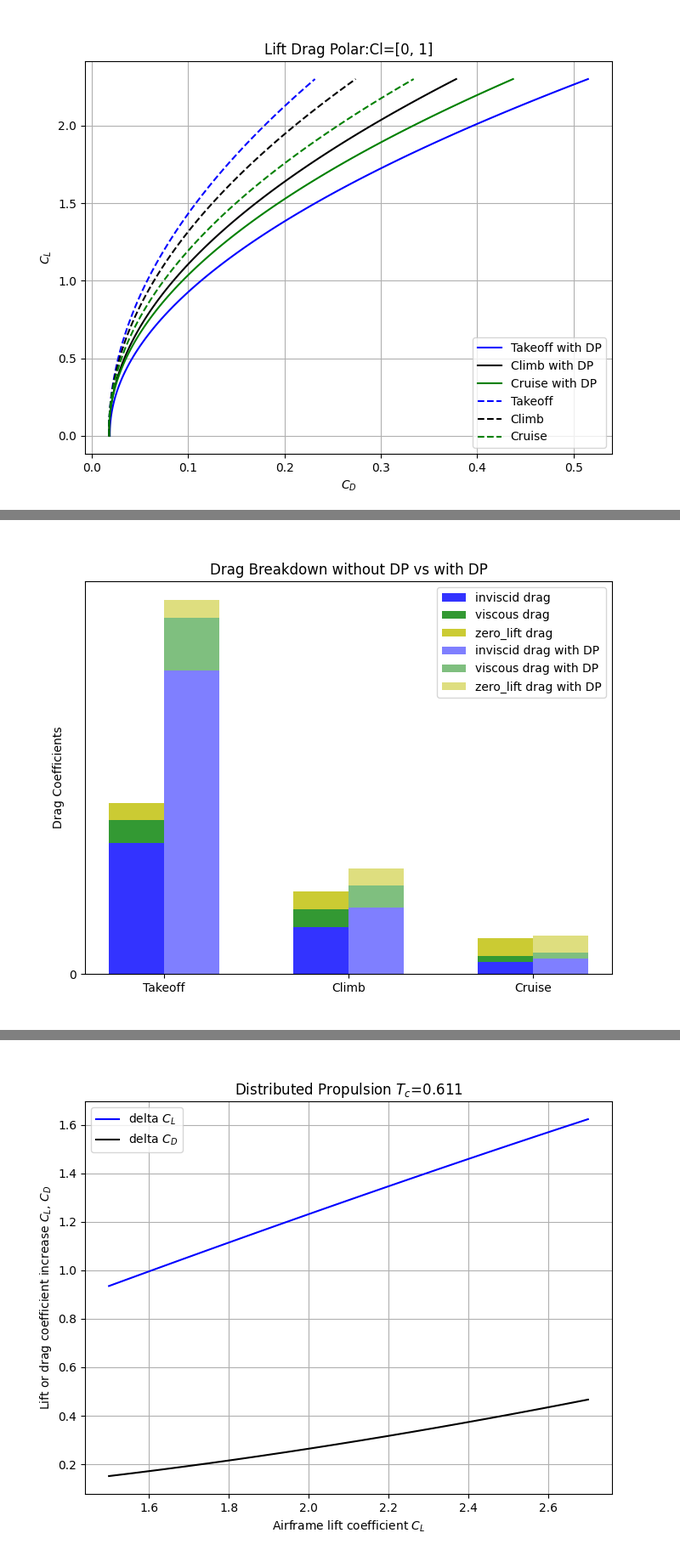
Repository: 12libao/DEA
Script's output: python Sizing_Method/Aerodynamics/Aeropropulsive_Interaction_Model.py
The author's editor kept a copy of each file at every save. The script's output is drawn from the files as they stood at one save, then again after the next save.
The pictures are shown at 85% of full size.
Each picture stacks the figures in order, with grey between them; figures that are only written to a file come last. Random numbers start from a fixed seed.

Above is the script's output before, as saved 2021-07-14 15:36:58.

### Sizing_Method/Aerodynamics/Aeropropulsive_Interaction_Model.py
# author: Bao Li #
# Georgia Institute of Technology #
"""
Reference:

1. De Vries, Reynard, Malcom Brown, and Roelof Vos. "Preliminary sizing method for hybrid-electric
    distributed-propulsion aircraft." Journal of Aircraft 56.6 (2019): 2172-2188.
2. Patterson, M. D., and German, B. J., “Simplified Aerodynamics Models to Predict the Effects of
    Upstream Propellers on Wing Lift,” 53rd AIAA Aerospace Sciences Meeting, Kissimmee, FL, USA, January 5-9 2015.


A series of delta terms (ΔCL, ΔCD0 , ΔCDi) must be estimated in order to incorporate the
aero propulsive interaction effects in the design process. This section proposes a method to estimate
these terms for distributed propellers mounted ahead of the wing leading edge.


The method is based on the approach of Patterson and German (reference 2). It represents the propellers
as actuator disks and the wing as a flat plate, incorporating a semi-empirical correction for finite slipstream height.
The model includes several assumptions worth highlighting:

1. The velocity increase at the actuator disk is computed assuming uniform axial inflow.
2. Variations in lift due to swirl are neglected (actuator disk assumption).
3. The flow over the wing is attached.
4. The airfoil is symmetric, and thus zero lift is produced at a = 0.
5. The effect of each propeller on the adjacent ones is neglected.
6. The effect of the propellers on the wing is limited to the span wise interval occupied by the disks (ΔY/b).
7. Within this span wise interval, the effect on the wing is considered uniform in span wise direction.
8. The wing is supposed to be fully immersed in the slipstream, that is,
half of the slipstream flows under the wing and half over the wing.
9. incompressible flow condition.

"""
import sys
import os

sys.path.insert(0, os.getcwd())

import numpy as np
import matplotlib.pylab as plt
import Sizing_Method.Other.US_Standard_Atmosphere_1976 as atm
import Sizing_Method.Aerodynamics.MachNmuber as Mach
import Sizing_Method.Aerodynamics.LiftDragPolar_Conv as ad


class Aero_propulsion:
    """Estimation of ΔCL and ΔCD"""

    def __init__(self, altitude, velocity, Hp, n, P_W, W_S, sweep_angle=25.0,
                 S=124.0, b=35.8, delta_b=0.5, delta_Dp=0.1, xp=0.5, beta=0.8, AOA_p=0.0, Cf=0.009):
        """

        :param Hp: P_motor/P_total
        :param n: number of motor
        :param P_W:
        :param W_S:
        :param S: wing area
        :param b: wingspan
        :param delta_b:
        :param delta_Dp:
        :param xp:
        :param beta: slipstream correction factor:0-1
        :param CL: lift coefficient
        :param AOA_p: propeller angle of attack
        :param Cf: skin friction coefficient

        :output: 1. delta_CD_0: zero lift drag coefficient changes because of the population distribution
                 2. delta_CL: lift coefficient changes because of the population distribution
        """

        self.h = altitude
        self.v = velocity
        self.n = n
        self.s = S
        self.delta_y1 = delta_b
        self.delta_y2 = delta_Dp
        self.beta = beta
        self.sp = sweep_angle * np.pi / 180
        self.aoa_p = AOA_p
        self.cf = Cf

        self.ar = b ** 2 / self.s  # aspect ratio

        # the diameter of the propulsion, reference 1: Equation 21
        dp = self.delta_y1 * b / (self.n * (1 + self.delta_y2))

        # defining a parameter that indicates how much propulsion-disk
        # area is needed per unit of aircraft weight
        # reference 1: Equation 22
        dp2w = self.delta_y1 ** 2 / (self.n * (1 + self.delta_y2)) ** 2 * self.ar / W_S

        self.rho = atm.atmosphere(geometric_altitude=self.h).density()
        self.t_w = P_W / self.v

        # thrust coefficient Tc of the DP propulsion
        # reference 1: Equation 24
        tc = 1 / self.n * Hp * self.t_w / (self.rho * self.v ** 2 * dp2w)

        # Actuator disk theory shows that there is a maximum theoretical propulsive efficiency
        # for a given thrust coefficient
        ndp_isolated = 0.76
        tc_max = np.pi / 8 * ((2 / ndp_isolated - 1) ** 2 - 1)

        if tc >= tc_max:
            tc = tc_max

        print(tc)

        # tc = 0.611  # check whether the model is accurate

        # axial induction factor at the propeller disk (ap) as a
        # function of the propeller thrust coefficient, from the actuator disk theory:
        # reference 1: Equation 25
        ap = 0.5 * ((1 + 8 / np.pi * tc) ** 0.5 - 1)

        # the contraction ratio of the slipstream at the wing
        # leading edge (Rw/RP) can be expressed as
        # reference 1: Equation 26
        rw_rp = ((1 + ap) / (
                1 + ap * (1 + 2 * xp / dp) / ((2 * xp / dp) ** 2 + 1) ** 0.5)) ** 0.5

        # from conservation of mass in incompressible flow: axial induction factor
        self.aw = (ap + 1) / rw_rp ** 2 - 1

        self.m = Mach.mach(self.h, self.v).mach_number()  # Mach number
        # geometric angle of attack of the wing, where assume cl=1 self.aoa_w = (1 / (2 * np.pi * self.ar)) * (2 + (
        # self.ar ** 2 * (1 - self.m ** 2) * (1 + (np.tan(self.sp)) ** 2 / (1 - self.m ** 2)) + 4) ** 0.5)

        # self.aoa_w = -2 * np.pi / 180  # check whether the model is accurate

    def delta_lift_coefficient(self, CL):
        """estimate the lift coefficient changes because of the population distribution"""
        self.aoa_w = (CL / (2 * np.pi * self.ar)) * (2 + (
                self.ar ** 2 * (1 - self.m ** 2) * (1 + (np.tan(self.sp)) ** 2 / (1 - self.m ** 2)) + 4) ** 0.5)

        delta_cl = 2 * np.pi * ((np.sin(self.aoa_w) - self.aw * self.beta * np.sin(self.aoa_p - self.aoa_w))
                                * ((self.aw * self.beta) ** 2 + 2 * self.aw * self.beta * np.cos(self.aoa_p) + 1) ** 0.5
                                - np.sin(self.aoa_w))
        delta_cl_total = delta_cl * self.delta_y1
        return delta_cl_total

    def delta_CD_0(self):
        """estimate the zero lift drag coefficient changes because of the population distribution"""

        delta_cd0 = self.delta_y1 * self.aw ** 2 * self.cf
        return delta_cd0

    def delta_lift_induced_drag_coefficient(self, CL):
        """estimate the lift induced drag coefficient changes because of the population distribution"""

        e = (0.75 + 0.85) / 2  # wing planform efficiency factor is between 0.75 and 0.85, no more than 1
        delta_cl = Aero_propulsion.delta_lift_coefficient(self)
        delta_cdi = (delta_cl ** 2 + 2 * CL * delta_cl) / (np.pi * self.ar * e)

        return delta_cdi

    def lift_drag_polar_equation(self, CL):
        K1 = ad.lift_drag_polar(velocity=self.v, altitude=self.h).K1()
        K2 = ad.lift_drag_polar(velocity=self.v, altitude=self.h).K2()
        CD_0 = ad.lift_drag_polar(velocity=self.v, altitude=self.h).CD_0()
        K_apo1 = ad.lift_drag_polar(velocity=self.v, altitude=self.h).K_apo1()
        K_apo2 = ad.lift_drag_polar(velocity=self.v, altitude=self.h).K_apo2()

        CL_min = (0.1 + 0.3) / 2  # Assume constant: for most large cargo and passenger, 0.1 < Cl_min < 0.3
        delta_cl = Aero_propulsion.delta_lift_coefficient(self, CL)
        delta_cd0 = Aero_propulsion.delta_CD_0(self)
        CD = K1 * (CL + delta_cl) ** 2 + K2 * (CL + delta_cl) + (CD_0 + delta_cd0)

        inviscid_drag = K_apo1 * (CL + delta_cl) ** 2
        viscous_drag = K_apo2 * (CL + delta_cl) ** 2 - 2 * K_apo2 * CL_min * (
                CL + delta_cl)
        parasite_drag = CD_0 + delta_cd0

        return CD, inviscid_drag, viscous_drag, parasite_drag


if __name__ == '__main__':
    input_list = [[0, 62], [3000, 150], [12000, 250]]
    n = len(input_list)
    velocity, altitude = [], []
    for i, element in enumerate(input_list):
        altitude.append(element[0])
        velocity.append(element[1])

    nn = 100
    CL = np.linspace(0.0, 2.3, nn)
    # CL = np.linspace(0.0, 0.25, nn)

    CD = np.zeros((2 * n, nn))

    for i, element in enumerate(input_list):
        prob = Aero_propulsion(altitude=element[0], velocity=element[1], Hp=0.5, n=12, P_W=0.3 * element[1], W_S=5600)
        prob2 = ad.lift_drag_polar(altitude=element[0], velocity=element[1])
        for j in range(nn):
            CD[i, j], _, _, _ = prob.lift_drag_polar_equation(CL=CL[j])
            CD[i + n, j], _, _, _ = prob2.lift_drag_polar_equation(CL=CL[j])

    plt.figure(figsize=(8, 6))
    plt.plot(CD[0, :], CL, 'b-', linewidth=1.5, label='Takeoff with DP')
    plt.plot(CD[1, :], CL, 'k-', linewidth=1.5, label='Climb with DP')
    plt.plot(CD[2, :], CL, 'g-', linewidth=1.5, label='Cruise with DP')
    plt.plot(CD[3, :], CL, 'b--', linewidth=1.5, label='Takeoff')
    plt.plot(CD[4, :], CL, 'k--', linewidth=1.5, label='Climb')
    plt.plot(CD[5, :], CL, 'g--', linewidth=1.5, label='Cruise')
    plt.xlabel('$C_{D}$')
    plt.ylabel('$C_{L}$')
    plt.title('Lift Drag Polar:Cl=[0, 1]')
    plt.legend(loc=0)
    plt.grid()
    plt.show()

    plt.figure(figsize=(8, 6))
    inviscid_drag, inviscid_drag2 = np.zeros(n), np.zeros(n)
    viscous_drag, viscous_drag2 = np.zeros(n), np.zeros(n)
    parasite_drag, parasite_drag2 = np.zeros(n), np.zeros(n)
    lift_drag, lift_drag2 = np.zeros(n), np.zeros(n)

    ind = np.arange(n)  # the x locations for the groups
    width = 0.3  # the width of the bars: can also be len(x) sequence
    CL_h = [2, 1.2, 0.6]  # takeoff Cl= Cl_max for takeoff
    for i, element in enumerate(input_list):
        prob = Aero_propulsion(altitude=element[0], velocity=element[1], Hp=0.5, n=12, P_W=0.3 * element[1], W_S=5600)
        prob2 = ad.lift_drag_polar(altitude=element[0], velocity=element[1])
        _, inviscid_drag[i], viscous_drag[i], parasite_drag[i] = prob.lift_drag_polar_equation(CL=CL_h[i])
        _, inviscid_drag2[i], viscous_drag2[i], parasite_drag2[i] = prob2.lift_drag_polar_equation(CL=CL_h[i])
        lift_drag[i] = inviscid_drag[i] + viscous_drag[i]
        lift_drag2[i] = inviscid_drag2[i] + viscous_drag2[i]

    p1 = plt.bar(ind - width / 2, inviscid_drag2, width, color='b', alpha=0.8, label='inviscid drag')
    p2 = plt.bar(ind - width / 2, viscous_drag2, width, bottom=inviscid_drag2, color='g', alpha=0.8,
                 label='viscous drag')
    p3 = plt.bar(ind - width / 2, parasite_drag2, width, bottom=lift_drag2, color='y', alpha=0.8,
                 label='zero_lift drag')

    p4 = plt.bar(ind + width / 2, inviscid_drag, width, color='b', alpha=0.5, label='inviscid drag with DP')
    p5 = plt.bar(ind + width / 2, viscous_drag, width, bottom=inviscid_drag, color='g', alpha=0.5,
                 label='viscous drag with DP')
    p6 = plt.bar(ind + width / 2, parasite_drag, width, bottom=lift_drag, color='y', alpha=0.5,
                 label='zero_lift drag with DP')

    plt.ylabel('Drag Coefficients')
    plt.title('Drag Breakdown without DP vs with DP')
    plt.xticks(ind, ('Takeoff', 'Climb', 'Cruise'))
    plt.yticks(np.arange(0, 2, 20))
    plt.legend(loc=0)
    plt.show()

    CL = np.linspace(1.5, 2.7, 20)
    v = 62.0
    h = 0.0

    prob = Aero_propulsion(altitude=h, velocity=v, Hp=0.5, n=12, P_W=0.3 * v, W_S=5600, delta_b=0.64)
    K1 = ad.lift_drag_polar(velocity=v, altitude=h).K1()
    K2 = ad.lift_drag_polar(velocity=v, altitude=h).K2()
    CD_0 = ad.lift_drag_polar(velocity=v, altitude=h).CD_0()

    delta_cd0 = prob.delta_CD_0()

    delta_cl = np.zeros(len(CL))
    delta_cd = np.zeros(len(CL))

    for i in range(len(CL)):
        delta_cl[i] = prob.delta_lift_coefficient(CL=CL[i])
        CD1 = K1 * (CL[i] + delta_cl[i]) ** 2 + K2 * (CL[i] + delta_cl[i]) + (CD_0 + delta_cd0)
        CD2 = K1 * CL[i] ** 2 + K2 * CL[i] + CD_0
        delta_cd[i] = CD1 - CD2 + delta_cd0

    plt.figure(figsize=(8, 6))
    plt.plot(CL, delta_cl, 'b-', linewidth=1.5, label='delta $C_{L}$')
    plt.plot(CL, delta_cd, 'k-', linewidth=1.5, label='delta $C_{D}$')
    plt.xlabel('Airframe lift coefficient $C_{L}$')
    plt.ylabel('Lift or drag coefficient increase $C_{L}$, $C_{D}$')
    plt.title('Distributed Propulsion $T_{c}$=0.611')
    plt.legend(loc=0)
    plt.grid()
    plt.show()

### Sizing_Method/Other/US_Standard_Atmosphere_1976.py
# author: Bao Li #
# Georgia Institute of Technology #
"""Reference:

1: U.S. Standard Atmosphere, 1976, U.S. Government Printing Office, Washington, D.C., 1976.
2: Mattingly, Jack D., William H. Heiser, and David T. Pratt. Aircraft engine design. American Institute of Aeronautics and Astronautics, 2002.
3: https://en.wikipedia.org/wiki/U.S._Standard_Atmosphere
4: https://en.wikipedia.org/wiki/Barometric_formula
"""

import numpy as np
import matplotlib.pylab as plt


class atmosphere:
    """this is the U.S. Standard Atmosphere 1976 based on the Barometric formula

    1: All of the following is limited to geometric altitudes below 86 km
    2: SI Units
    """

    def __init__(self, geometric_altitude):
        """
        :input h (m): geometric altitude

        :output P (Pa = N/m^2): pressure
                T (K): temperature
                rho (kg/m^3): density
                a (m/s): sound speed

                delta: dimensionless static pressure = P/P0
                theta: dimensionless static temperature = T/T0
                sigma: dimensionless static density = rho/rho0
        """

        # input:
        self.h = geometric_altitude

        # constant:
        self.r0 = 6356577.0  # the earth's radius (m)
        self.R_star = 8.3144598  # universal gas constant (J/mol.K)
        self.g0 = 9.80665  # gravitational acceleration (m/s^2)
        self.M = 0.0289644  # molar mass of Earth's air (kg/mol)

        # sea level (standard)
        self.T0 = 288.15  # sea level temperature (K)
        self.P0 = 101325  # sea level pressure (N/m^2)
        self.rho0 = 1.225  # sea level density (kg/m^3)
        self.a0 = 340.3  # sea level sound speed (m/s)

        # temperature lapse rate (K/m)
        self.lapse_rate = np.array([-0.0065, 0.0, 0.001, 0.0028, 0.0, -0.0028, -0.002])
        # height above sea level for each lapse rate (m)
        self.zi = np.array([0.0, 11000.0, 20000.0, 32000.0, 47000.0, 51000.0, 71000.0, 84853.0])
        # number of piecewise linear curve-fit
        self.n = len(self.lapse_rate)

    def geo_potential_altitude(self):
        z = self.r0 * self.h / (self.r0 + self.h)

        # decide the number of piecewise linear curve-fit
        i = 0
        while self.zi[i] < z:
            i = i + 1

        if i != 0:
            i = i - 1
        return z, i

    def ti(self):
        Ti = np.zeros(self.n)
        Ti[0] = self.T0

        for i in range(self.n - 1):
            Ti[i + 1] = Ti[i] + self.lapse_rate[i] * (self.zi[i + 1] - self.zi[i])
        return Ti

    def temperature(self):
        z, i = atmosphere.geo_potential_altitude(self)
        Ti = atmosphere.ti(self)
        T = Ti[i] + self.lapse_rate[i] * (z - self.zi[i])
        return T

    def pressure(self):
        Ti = atmosphere.ti(self)
        Pi = np.zeros(self.n)
        Pi[0] = self.P0

        for i in range(self.n - 1):
            if self.lapse_rate[i] != 0:
                Pi[i + 1] = Pi[i] * (Ti[i] / Ti[i + 1]) ** (self.g0 * self.M / (self.R_star * self.lapse_rate[i]))
            else:
                Pi[i + 1] = Pi[i] * np.exp(-self.g0 * self.M * (self.zi[i + 1] - self.zi[i]) / (self.R_star * Ti[i]))

        z, i = atmosphere.geo_potential_altitude(self)
        T = atmosphere.temperature(self)

        if self.lapse_rate[i] != 0:
            P = Pi[i] * (Ti[i] / T) ** (self.g0 * self.M / (self.R_star * self.lapse_rate[i]))
        else:
            P = Pi[i] * np.exp(-self.g0 * self.M * (z - self.zi[i]) / (self.R_star * Ti[i]))
        return P

    def density(self):
        P = atmosphere.pressure(self)
        T = atmosphere.temperature(self)
        rho = P * self.M / (self.R_star * T)
        return rho

    def sound_speed(self):
        T = atmosphere.temperature(self)
        a = self.a0 * (T / self.T0) ** 0.5
        return a

    def dimensionless_static_pressure(self):
        P = atmosphere.pressure(self)
        delta = P / self.P0
        return delta

    def dimensionless_static_temperature(self):
        T = atmosphere.temperature(self)
        theta = T / self.T0
        return theta

    def dimensionless_static_density(self):
        rho = atmosphere.density(self)
        sigma = rho / self.rho0
        return sigma


if __name__ == '__main__':
    nn = 1000

    h = np.linspace(0, 86000, nn)
    T = np.zeros(nn)
    P = np.zeros(nn)
    rho = np.zeros(nn)
    a = np.zeros(nn)

    for i in range(nn):
        prob = atmosphere(geometric_altitude=h[i])
        T[i] = prob.temperature()
        P[i] = prob.pressure()
        rho[i] = prob.density()
        a[i] = prob.sound_speed()

    fig, ax = plt.subplots(1, 4, figsize=(12, 10))
    st = fig.suptitle("U.S. STANDARD ATMOSPHERE (1976)", fontsize=20)

    ax[0].plot(T, h / 1000, 'b-', linewidth=1.5, label='cruise')
    ax[0].set_xlabel('Temperature: T (K)')
    ax[0].set_ylabel('Altitude: h (km)')

    ax[1].plot(a, h / 1000, 'y-', linewidth=1.5, label='turn')
    ax[1].set_xlabel('Sound Speed: a (m/s)')

    ax[2].plot(P, h / 1000, 'k-', linewidth=1.5, label='constant speed climb')
    ax[2].set_xlabel('Pressure: P (N/${m^2}$)')

    ax[3].plot(rho, h / 1000, 'g-', linewidth=1.5, label='turn')
    ax[3].set_xlabel('Density: rho (Kg/${m^3}$)')

    # shift subplots down:
    st.set_y(0.96)
    fig.subplots_adjust(top=0.90)
    plt.show()

### Sizing_Method/Aerodynamics/MachNmuber.py
# author: Bao Li #
# Georgia Institute of Technology #
import sys
import os

sys.path.insert(0, os.getcwd())

import numpy as np
import matplotlib.pylab as plt
import Sizing_Method.Other.US_Standard_Atmosphere_1976 as atm


class mach:
    """Mach Number"""

    def __init__(self, altitude, velocity):
        """

        :input h (m): altitude
               v (m/s): velocity

        :output a: Mach number
        """
        self.h = altitude
        self.v = velocity
        self.atoms = atm.atmosphere(self.h)

    def mach_number(self):
        a = self.v / self.atoms.sound_speed()
        return a

Loaded but not shown: Sizing_Method/Aerodynamics/LiftDragPolar_Conv.py (172 lines, source omitted)

After the next save:
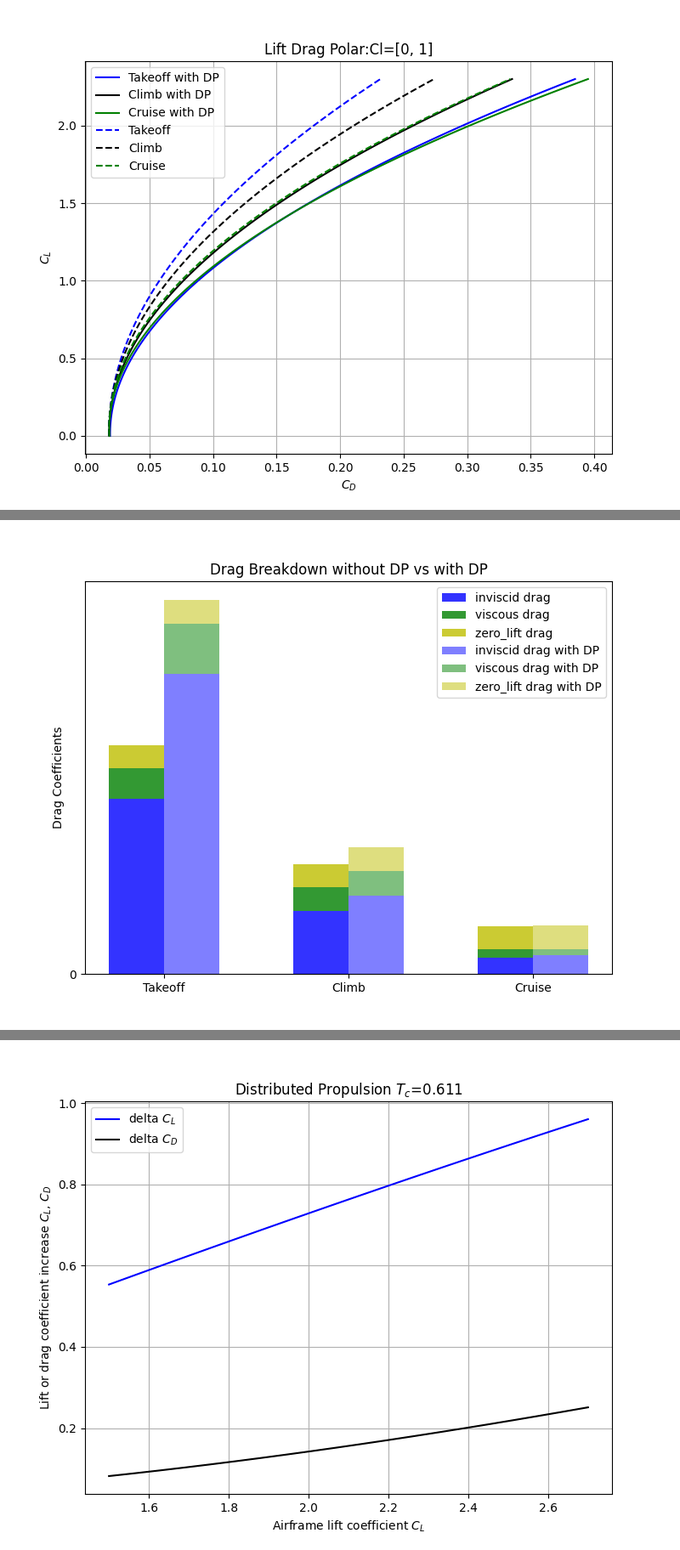
Saved 31 s later.
--- a/Sizing_Method/Aerodynamics/Aeropropulsive_Interaction_Model.py
+++ b/Sizing_Method/Aerodynamics/Aeropropulsive_Interaction_Model.py
@@ -46,7 +46,7 @@ class Aero_propulsion:
     """Estimation of ΔCL and ΔCD"""
 
     def __init__(self, altitude, velocity, Hp, n, P_W, W_S, sweep_angle=25.0,
-                 S=124.0, b=35.8, delta_b=0.5, delta_Dp=0.1, xp=0.5, beta=0.8, AOA_p=0.0, Cf=0.009):
+                 S=124.0, b=35.8, delta_b=0.5, delta_Dp=0.1, xp=0.5, beta=0.5, AOA_p=0.0, Cf=0.009):
         """
 
         :param Hp: P_motor/P_total
